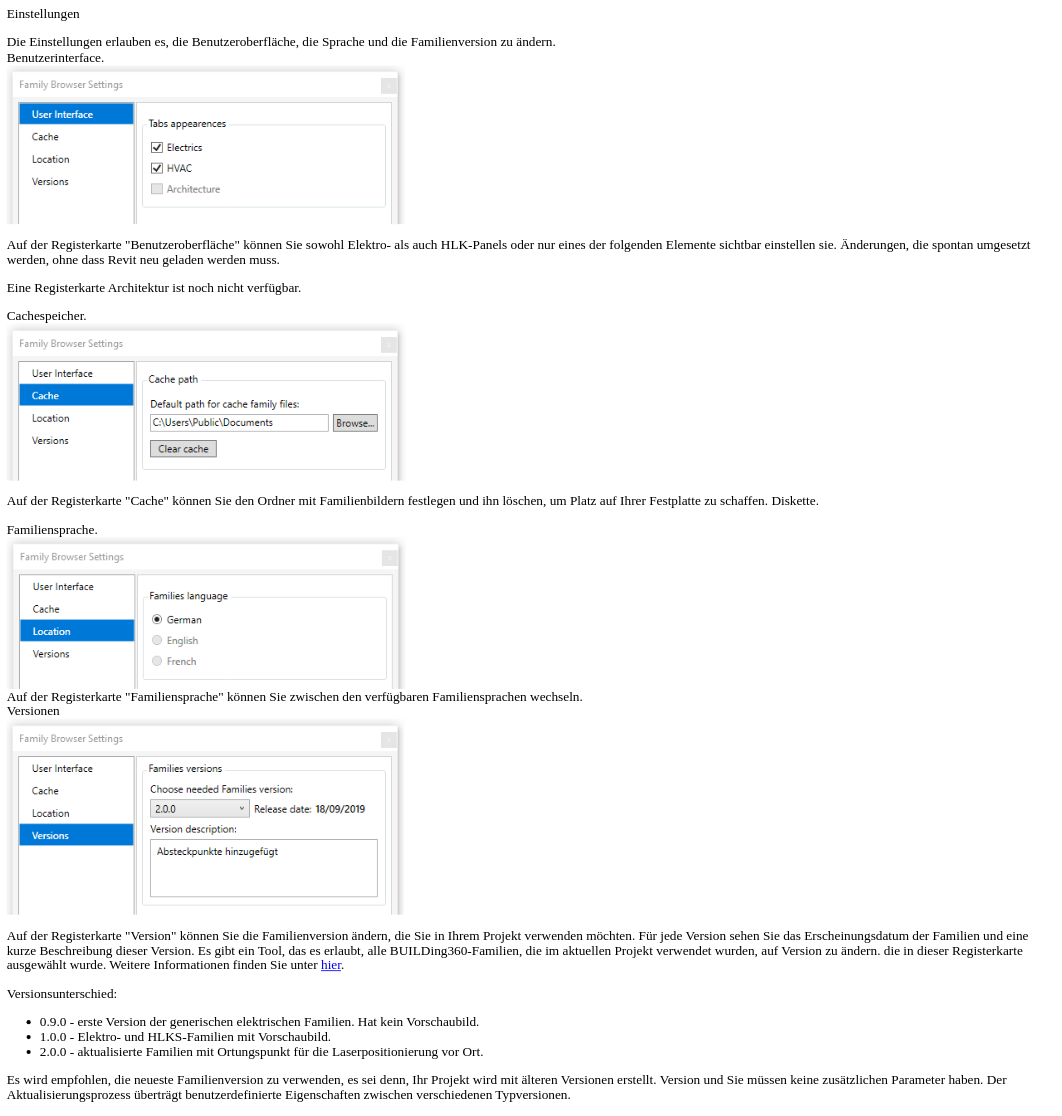
Repository: RomanLavrov/FamilyBrowserUserGuide
Page: http://localhost/FamilyBrowser/application/views/de/settings_view.php
An editor plug-in stored every save of this project. The page is shown before and after the next save, followed by the edit.
The browser window is 1280 px wide. The pictures show the whole page, at 83% of full size.
The page is run by PHP 8.4 with error messages shown; the project is at /var/www/html/.

Above is the page before, as saved 2019-10-24 16:14:06.

After the next save:
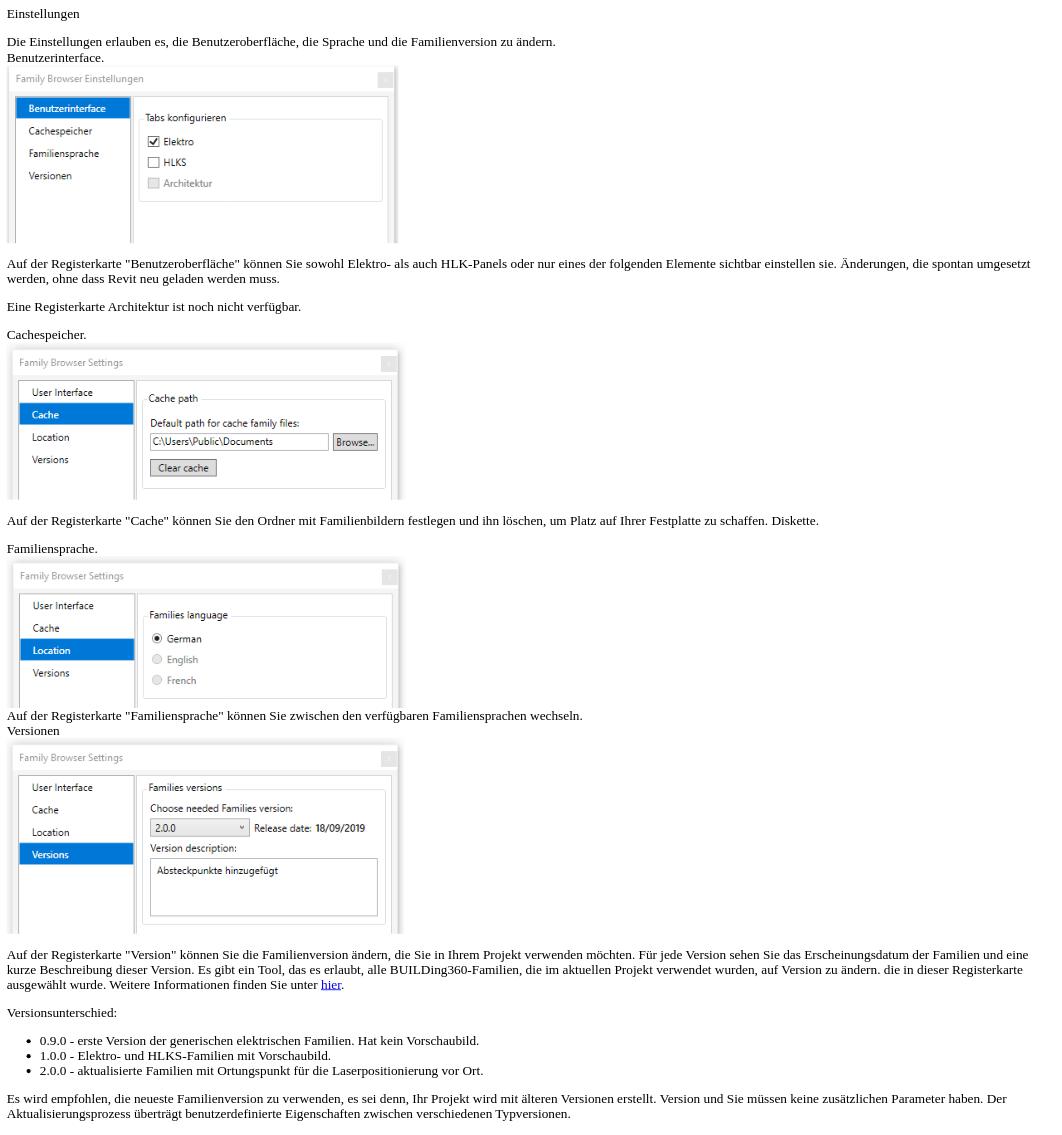
Saved 65 s later.
--- a/FamilyBrowser/application/views/de/settings_view.php
+++ b/FamilyBrowser/application/views/de/settings_view.php
@@ -9,7 +9,7 @@
 <div class="article-content">
       <div class="row">
             <div class="col-md-5" style="min-width:480px">
-                  <img style="margin-left:0" class="illustration" src="/FamilyBrowser/images/Tab_Settings_en.png"
+                  <img style="margin-left:0" class="illustration" src="/FamilyBrowser/images/Tab_Settings_de.png"
                         alt="" />
             </div>
 
